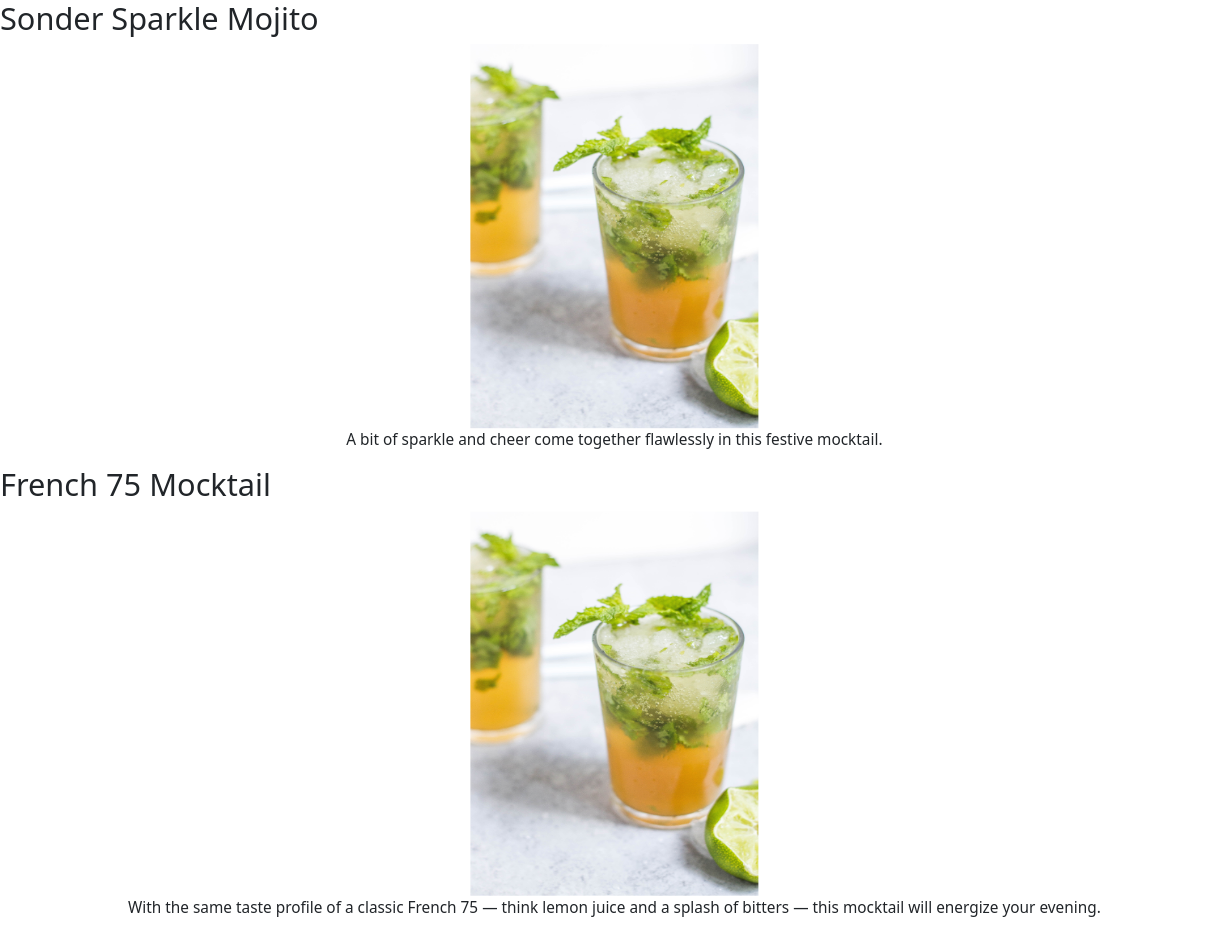
Repository: Flatbook/sliced_bread
Page: http://localhost/
These files come from the project's save history. The page is drawn as it stood at one moment and after the next save; the edit follows.
The browser window is 1280 px wide. The pictures show the whole page, at 96% of full size.
Some web libraries are served in a nearby version. The page is served by the project's application, run on Flask 3 (app.py).

Above is the page before, as saved 2021-05-15 23:22:57.

After the next save:
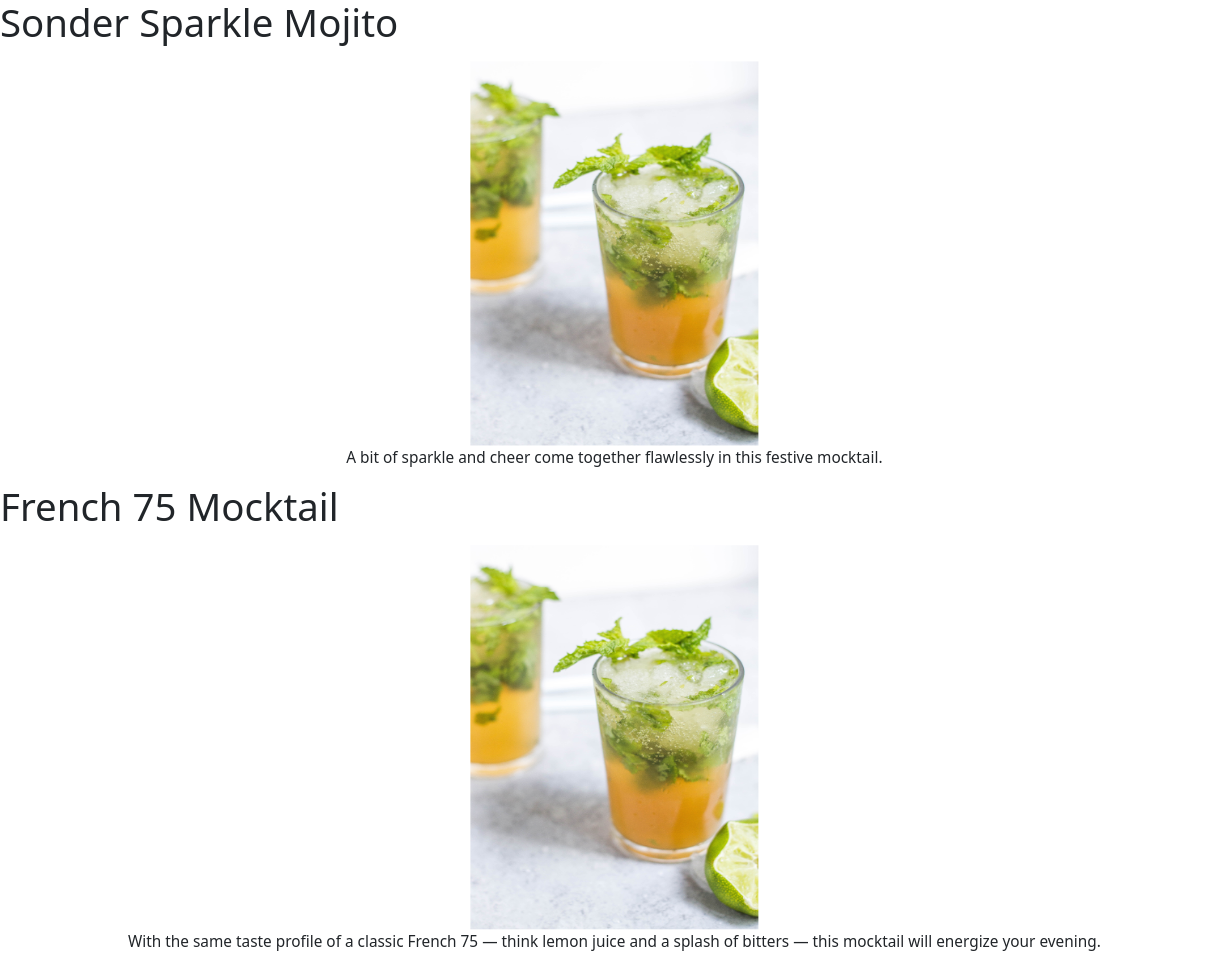
Saved 15 s later.
--- a/flask_project/templates/home.html
+++ b/flask_project/templates/home.html
@@ -1,7 +1,7 @@
 {% extends "layout.html" %}
 {% block content %}
     {% for drink in drinks %}
-        <h2 class=".text-center" class="display-6">{{drink.title}}</h2>
+        <p class="display-6">{{drink.title}}</p>
         <img src="{{ user_image }}" width="300" height="400" class="mx-auto d-block"/>
 
         <p style="text-align: center" >{{drink.description}}</p>
